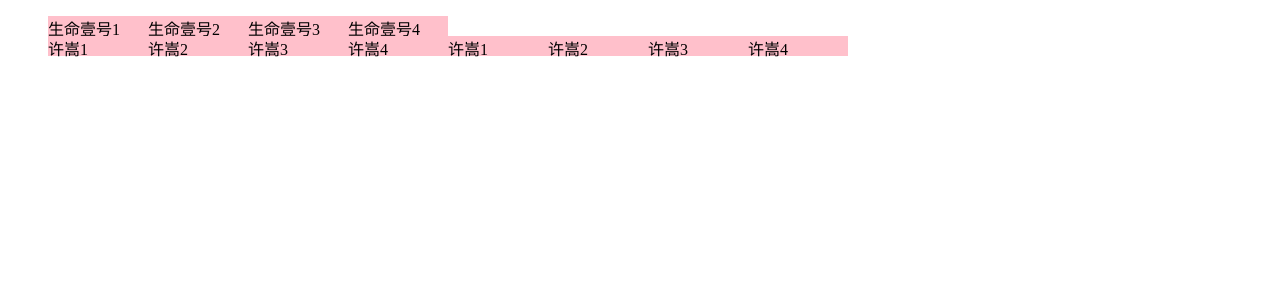
Repository: KaibutsuSama/CodePracticeExample
Page: Html5+Css3/Css3/04.浮动/05.clearboth.html
The author's editor kept a copy of each file at every save. The page is drawn from the files as they stood at one save, then again after the next save.
The browser window is 1280 px wide. The pictures show the whole page.

Above is the page before, as saved 2023-01-30 00:00:26.

After the next save:
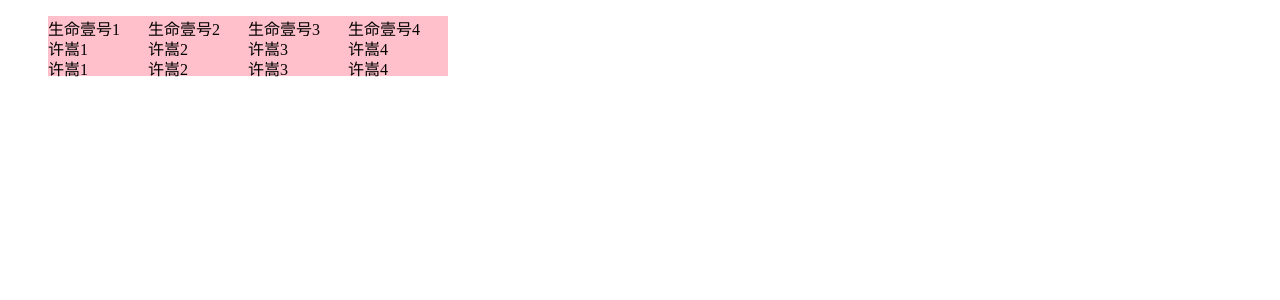
Saved 6 s later.
--- a/Html5+Css3/Css3/04.浮动/05.clearboth.html
+++ b/Html5+Css3/Css3/04.浮动/05.clearboth.html
@@ -19,6 +19,10 @@
         }
 
         .box2{
+            clear:both;
+        }
+
+        .box3{
             clear:both;
         }
     </style>
